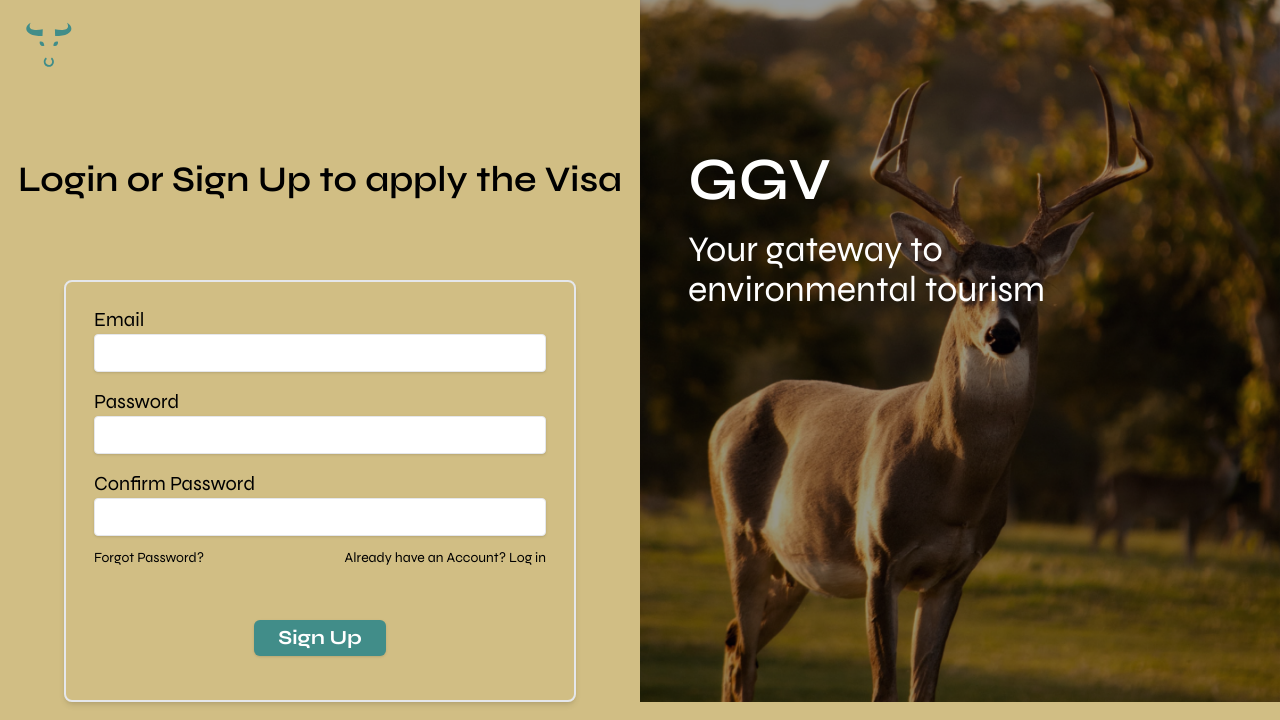
Repository: EngrAhmadUmar/landing-page
Page: /register
An editor plug-in stored every save of this project. The page is shown before and after the next save, followed by the edit.
The browser window is 1280 px wide. The pictures show the whole page.
The project was rebuilt for these pictures with package versions that can differ from the ones it lists, and the page was loaded fresh each time. The framework's server and built-in components were replaced by stand-ins that run in the browser. Also part of the build but not shown: next.config.js, styles/Home.module.css, src/Queries/conservationAreas.jsx, src/mutations/ApplyVisa.js, src/Queries/areaOfConservationQuery.js, src/Components/GetConservationAreas.js, src/Components/ApplyPageComponents/ApplyForm.jsx, src/Components/ApplyPageComponents/FormButton.jsx and 1 more.

Above is the page before, as saved 2022-07-12 09:37:28.

### pages/_app.js
import "../styles/globals.css";
import { ApolloClient, InMemoryCache, ApolloProvider } from "@apollo/client";

//apollo clients
const client = new ApolloClient({
  uri: "http://localhost:1337/graphql",
  cache: new InMemoryCache()
});

function MyApp({ Component, pageProps }) {
  return (
    <ApolloProvider client={client}>
      <Component {...pageProps} />
    </ApolloProvider>
  );
}

export default MyApp;

### pages/register.js
import React from "react";
import { RegisterForm } from "../src/Components/ApplyPageComponents/Index";

export default function Login() {
  return (
    <React.Fragment>
      <div className="bg-[#d1be84] h-[100vh]">
        <RegisterForm />
      </div>
    </React.Fragment>
  );
}

### pages/api/checkout_sessions.js
const stripe = require("stripe")(process.env.STRIPE_SECRET_KEY);

export default async function handler(req, res) {
  if (req.method === "POST") {
    try {
      const sgMail = require("@sendgrid/mail");
      sgMail.setApiKey(process.env.SENDGRID_API_KEY);
      const message = {
        to: "zcaptain65@gmail.com",
        from: "zcaptain2002@gmail.com",
        // subject: "Scenario 44",
        // text: "Lift and coast where possible",
        templateId: "d-f408be01db99489cbd757d4607cf23f2",
        dynamicTemplateData: {
          subject: "GGV Test Email",
        },
        // html: "<h1>Success</h1> <p>We received your purchase request;<br/> we'll be in touch shortly!</p>",
      };

      sgMail
        .send(message)
        .then((response) => console.log("Email Sent"))
        .catch((error) => console.log(error.message));
      // Create Checkout Sessions from body params.
      const session = await stripe.checkout.sessions.create({
        line_items: [
          {
            // Provide the exact Price ID (for example, pr_1234) of the product you want to sell
            price: "price_1LG6qaFQPGmzrn5tDKjmnos3",
            quantity: 1,
          },
        ],
        mode: "payment",

        success_url: `${req.headers.origin}/payments/?success=true`,
        cancel_url: `${req.headers.origin}/payments/?canceled=true`,
      });
      res.redirect(303, session.url);
    } catch (err) {
      res.status(err.statusCode || 500).json(err.message);
    }
  } else {
    res.setHeader("Allow", "POST");
    res.status(405).end("Method Not Allowed");
  }
}

### pages/api/email.js
import React from "react";

export default async function handler(req, res) {
  const sgMail = require("@sendgrid/mail");
  sgMail.setApiKey(process.env.SENDGRID_API_KEY);
  const message = {
    to: "zcaptain65@gmail.com",
    from: "zcaptain2002@gmail.com",
    // subject: "Scenario 44",
    // text: "Lift and coast where possible",
    templateId: "d-f408be01db99489cbd757d4607cf23f2",
    dynamicTemplateData: {
      subject: "GGV Test Email",
    },
  };
  sgMail
    .send(message)
    .then((response) => res.redirect(307, "/payments"))
    .catch((error) => console.log(error.message));
}

### styles/globals.css
@import url("https://fonts.googleapis.com/css2?family=Poppins:wght@400;500;600&family=Syne:wght@400;500;600;700&display=swap");

@tailwind base;
@tailwind components;
@tailwind utilities;

### src/Components/ApplyPageComponents/Index.jsx
export { default as ApplyForm } from "./ApplyForm";
export { default as LoginForm } from "./LoginForm";
export { default as RegisterForm } from "./RegisterForm";

### src/Components/ApplyPageComponents/RegisterForm.jsx
import { gql, useMutation } from "@apollo/client";
import Head from "next/head";
import Image from "next/image";
import Link from "next/link";
import { useState, useRef } from "react";
import styles from "../../../styles/Home.module.css";

const reg = gql`
  mutation joinUs($username: String!, $email: String!, $password: String!) {
    register(input: { email: $email, password: $password }) {
      jwt
      user {
        id
        email
      }
    }
  }
`;

const JoinUs = () => {
  const emailInputRef = useRef();
  const passwordInputRef = useRef();
  const confirmPasswordInputRef = useRef();

  const [email, setEmail] = useState("");
  const onChangeEmail = (e) => {
    setEmail(e.target.value);
  };
  const [password, setPassword] = useState("");
  const onChangePassword = (e) => {
    setPassword(e.target.value);
  };

  const [confirmPassowrd, setConfirmPassword] = useState("");
  const confirmPasswordChangeHandler = (event) => {
    setConfirmPassword(event.target.value);
  };
  const [joinUs, { data, loading, error }] = useMutation(reg, {
    variables: {
      email: email,
      password: password
    }
  });

  const onSubmit = (e) => {
    e.preventDefault();
    if (email === "" || password === "") {
      return alert("please fill in all fields");
    }

    // check if the password match
    if (
      passwordInputRef.current.value != confirmPasswordInputRef.current.value
    ) {
      return alert("Passwords must match");
    }
    joinUs(password, email);

    setEmail("");
    setPassword("");
    setConfirmPassword("");
  };

  return (
    <div className=" font-syne " id="joinUs">
      <Head>
        <title>Welcome to GGV</title>
        <meta name="description" content="Join Our Family" />
      </Head>
      <div className="font-syne bg-[#d1be84] bg-cover grid grid-col-1 md:grid-cols-2 2xl:h-[100vh]">
        <div className="">
          <div className="w-[50px] h-40 pt-5 ml-6">
            <Image
              src="/logo.svg"
              layout="responsive"
              width={5}
              height={5}
              opacity={100}
            />
          </div>
          <h3
            className={`${
              styles.headings
            }  ${"text-center text-3xl md:text-4xl mb-5 font-semibold"}`}
          >
            Login or Sign Up to apply the Visa
          </h3>
          <form
            onSubmit={onSubmit}
            className="shadow-md rounded-lg px-7 pt-6 pb-8 mt-[5rem] lg:mx-12 xl:mx-auto border-gray border-2 font-Syne md:max-w-lg"
          >
            <div className="mb-4">
              <label className="text-lg md:text-xl">Email</label>
              <input
                type="email"
                ref={emailInputRef}
                value={email}
                onChange={onChangeEmail}
                placeholder=""
                className="shadow appearance-none border rounded w-full py-2 px-3 text-gray-700 leading-tight focus:outline-none focus:shadow-outline"
              />
            </div>
            <div className="mb-4">
              <label className="text-lg md:text-xl">Password</label>
              <input
                type="password"
                ref={passwordInputRef}
                value={password}
                onChange={onChangePassword}
                placeholder=""
                className="shadow appearance-none border rounded w-full py-2 px-3 text-gray-700 leading-tight focus:outline-none focus:shadow-outline"
              />
            </div>
            <div className="">
              <label className="text-lg md:text-xl">Confirm Password</label>
              <input
                type="password"
                ref={confirmPasswordInputRef}
                value={confirmPassowrd}
                onChange={confirmPasswordChangeHandler}
                placeholder=""
                className="shadow appearance-none border rounded w-full py-2 px-3 text-gray-700 leading-tight focus:outline-none focus:shadow-outline"
              />
            </div>

            <div className="text-sm flex items-center justify-between mt-3  cursor-pointer">
              <h3 className="hover:text-green">Forgot Password?</h3>
              <Link href="/login">
                <h3 className="hover:text-green">
                  Already have an Account? Log in
                </h3>
              </Link>
            </div>
            <div className="mt-5 flex items-center justify-center">
              <Link href="/login">
                <button
                  className="shadow focus:shadow-outline focus:outline-none text-white font-bold py-1 px-6 md:text-xl bg-[#418d89] rounded-md mt-8 mb-3"
                  onClick={onSubmit}
                >
                  Sign Up
                </button>
              </Link>
            </div>
          </form>
        </div>

        <div className="md:flex hidden text-white bg-[url('/apply_for_visa_bg.png')]  bg-cover bg-no-repeat sm:bg-center md:bg-bottom lg:bg-bottom xl:bg-bottom 2xl:center">
          <div className="mt-[50px] md:mt-[150px] mx-4 md:mx-12">
            <h3 className="  text-4xl md:text-5xl lg:text-6xl font-semibold">
              GGV
            </h3>
            <p className="max-w-md md:max-w-xl text-2xl md:text-4xl mt-5">
              Your gateway to <br></br>environmental tourism
            </p>
          </div>
          <div></div>
        </div>
      </div>
      <>
        {data && (
          <div>
            <h1>Token: {data.register?.jwt}</h1>
            <span>UserID: {data.register.user?.id} </span>
            <span>UserEmail: {data.register.user?.email} </span>
          </div>
        )}
      </>
    </div>
  );
};

export default JoinUs;

### tailwind.config.js
/** @type {import('tailwindcss').Config} */
module.exports = {
  content: [
    "./pages/**/*.{js,ts,jsx,tsx}",
    "./components/**/*.{js,ts,jsx,tsx}",
    "./src/Components/**/*.{js,ts,jsx,tsx}"
  ],
  theme: {
    extend: {
      colors: {
        black: "#000107",
        green: "#418D89"
      },
      fontFamily: {
        syne: ["Syne"]
      }
    }
  },
  plugins: []
};

### src/mutations/auth.jsx
import { gql } from "@apollo/client";

const SIGNUP_MUTATION = gql`
  mutation  register($username: String!, $password: String!, $email:String!) {
    register(input: {username:$username, email: $email password:$password}) {
        jwt
        user {
            id
            email
            username
        }
    }
}

`;

const LOGIN_MUTATION = gql`
  mutation  login($username: String!, $password: String!) {
    login(input: {identifier:$username, password:$password}) {
        jwt
        user {
            id
            email
        }
    }
}

`;


export { SIGNUP_MUTATION, LOGIN_MUTATION };

### src/Components/UI/Logo.jsx
import Image from "next/image";

const Logo = () => {
  return (
    <div className="w-[50px] h-20 ml-6">
      <Image
        src="/logo.svg"
        layout="responsive"
        width={5}
        height={5}
        opacity={100}
      />
    </div>
  );
};

export default Logo;

Loaded but not shown: src/Components/constant.jsx (common file)

After the next save:
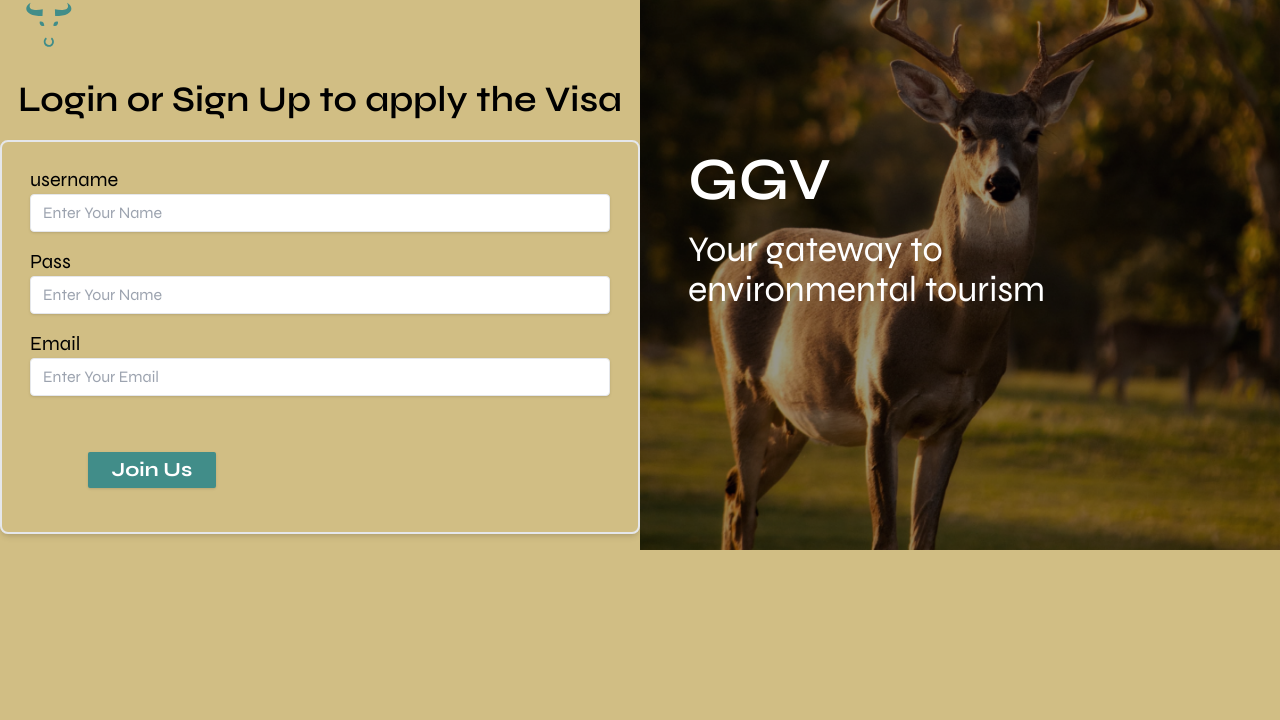
Saved 36 s later.
--- a/src/Components/ApplyPageComponents/RegisterForm.jsx
+++ b/src/Components/ApplyPageComponents/RegisterForm.jsx
@@ -4,24 +4,15 @@ import Image from "next/image";
 import Link from "next/link";
 import { useState, useRef } from "react";
 import styles from "../../../styles/Home.module.css";
-
-const reg = gql`
-  mutation joinUs($username: String!, $email: String!, $password: String!) {
-    register(input: { email: $email, password: $password }) {
-      jwt
-      user {
-        id
-        email
-      }
-    }
-  }
-`;
+import { SIGNUP_MUTATION } from "../../mutations/auth";
+import { AUTH_TOKEN } from "../constant";
+import Logo from "../UI/Logo";
 
 const JoinUs = () => {
-  const emailInputRef = useRef();
-  const passwordInputRef = useRef();
-  const confirmPasswordInputRef = useRef();
-
+  const [username, setUsername] = useState("");
+  const onChangeUsername = (e) => {
+    setUsername(e.target.value);
+  };
   const [email, setEmail] = useState("");
   const onChangeEmail = (e) => {
     setEmail(e.target.value);
@@ -31,34 +22,31 @@ const JoinUs = () => {
     setPassword(e.target.value);
   };
 
-  const [confirmPassowrd, setConfirmPassword] = useState("");
-  const confirmPasswordChangeHandler = (event) => {
-    setConfirmPassword(event.target.value);
-  };
-  const [joinUs, { data, loading, error }] = useMutation(reg, {
+  const [signup, { data, loading, error }] = useMutation(SIGNUP_MUTATION, {
     variables: {
+      username: username,
       email: email,
       password: password
     }
   });
 
+  if (data) {
+    localStorage.setItem(AUTH_TOKEN, data.register.jwt);
+    console.log(data);
+    console.log(data.register.user?.id);
+    console.log(data.register.user?.email);
+  }
+
   const onSubmit = (e) => {
     e.preventDefault();
-    if (email === "" || password === "") {
+    if (username === "" || email === "" || password === "") {
       return alert("please fill in all fields");
     }
-
-    // check if the password match
-    if (
-      passwordInputRef.current.value != confirmPasswordInputRef.current.value
-    ) {
-      return alert("Passwords must match");
-    }
-    joinUs(password, email);
+    signup(username, password, email);
 
     setEmail("");
     setPassword("");
-    setConfirmPassword("");
+    setUsername("");
   };
 
   return (
@@ -69,15 +57,7 @@ const JoinUs = () => {
       </Head>
       <div className="font-syne bg-[#d1be84] bg-cover grid grid-col-1 md:grid-cols-2 2xl:h-[100vh]">
         <div className="">
-          <div className="w-[50px] h-40 pt-5 ml-6">
-            <Image
-              src="/logo.svg"
-              layout="responsive"
-              width={5}
-              height={5}
-              opacity={100}
-            />
-          </div>
+          <Logo />
           <h3
             className={`${
               styles.headings
@@ -87,59 +67,46 @@ const JoinUs = () => {
           </h3>
           <form
             onSubmit={onSubmit}
-            className="shadow-md rounded-lg px-7 pt-6 pb-8 mt-[5rem] lg:mx-12 xl:mx-auto border-gray border-2 font-Syne md:max-w-lg"
+            className="pt-6 pb-8 mb-4 border-2 rounded-lg shadow-md px-7 border-gray "
           >
             <div className="mb-4">
+              <label className="text-lg md:text-xl">username</label>
+              <input
+                type="text"
+                name="username"
+                value={username}
+                onChange={(e) => onChangeUsername(e)}
+                placeholder="Enter Your Name"
+                className="w-full px-3 py-2 leading-tight text-gray-700 border rounded shadow appearance-none focus:outline-none focus:shadow-outline"
+              />
+            </div>
+            <div className="mb-4">
+              <label className="text-lg md:text-xl">Pass</label>
+              <input
+                type="text"
+                name="password"
+                value={password}
+                onChange={onChangePassword}
+                placeholder="Enter Your Name"
+                className="w-full px-3 py-2 leading-tight text-gray-700 border rounded shadow appearance-none focus:outline-none focus:shadow-outline"
+              />
+            </div>
+            <div className="mb-6">
               <label className="text-lg md:text-xl">Email</label>
               <input
                 type="email"
-                ref={emailInputRef}
+                className="w-full px-3 py-2 leading-tight text-gray-700 border rounded shadow appearance-none focus:outline-none focus:shadow-outline"
+                name="email"
+                onChange={onChangeEmail}
+                placeholder="Enter Your Email"
                 value={email}
-                onChange={onChangeEmail}
-                placeholder=""
-                className="shadow appearance-none border rounded w-full py-2 px-3 text-gray-700 leading-tight focus:outline-none focus:shadow-outline"
-              />
-            </div>
-            <div className="mb-4">
-              <label className="text-lg md:text-xl">Password</label>
-              <input
-                type="password"
-                ref={passwordInputRef}
-                value={password}
-                onChange={onChangePassword}
-                placeholder=""
-                className="shadow appearance-none border rounded w-full py-2 px-3 text-gray-700 leading-tight focus:outline-none focus:shadow-outline"
-              />
-            </div>
-            <div className="">
-              <label className="text-lg md:text-xl">Confirm Password</label>
-              <input
-                type="password"
-                ref={confirmPasswordInputRef}
-                value={confirmPassowrd}
-                onChange={confirmPasswordChangeHandler}
-                placeholder=""
-                className="shadow appearance-none border rounded w-full py-2 px-3 text-gray-700 leading-tight focus:outline-none focus:shadow-outline"
               />
             </div>
 
-            <div className="text-sm flex items-center justify-between mt-3  cursor-pointer">
-              <h3 className="hover:text-green">Forgot Password?</h3>
-              <Link href="/login">
-                <h3 className="hover:text-green">
-                  Already have an Account? Log in
-                </h3>
-              </Link>
-            </div>
-            <div className="mt-5 flex items-center justify-center">
-              <Link href="/login">
-                <button
-                  className="shadow focus:shadow-outline focus:outline-none text-white font-bold py-1 px-6 md:text-xl bg-[#418d89] rounded-md mt-8 mb-3"
-                  onClick={onSubmit}
-                >
-                  Sign Up
-                </button>
-              </Link>
+            <div className="mt-5 ml-[8vh]">
+              <button className="shadow bg-green focus:shadow-outline focus:outline-none text-white font-bold px-6 md:text-xl bg-[#418d89] rounded-sm mt-8 mb-3 py-1">
+                {loading ? "Sending" : "Join Us"}
+              </button>
             </div>
           </form>
         </div>
@@ -156,15 +123,6 @@ const JoinUs = () => {
           <div></div>
         </div>
       </div>
-      <>
-        {data && (
-          <div>
-            <h1>Token: {data.register?.jwt}</h1>
-            <span>UserID: {data.register.user?.id} </span>
-            <span>UserEmail: {data.register.user?.email} </span>
-          </div>
-        )}
-      </>
     </div>
   );
 };
